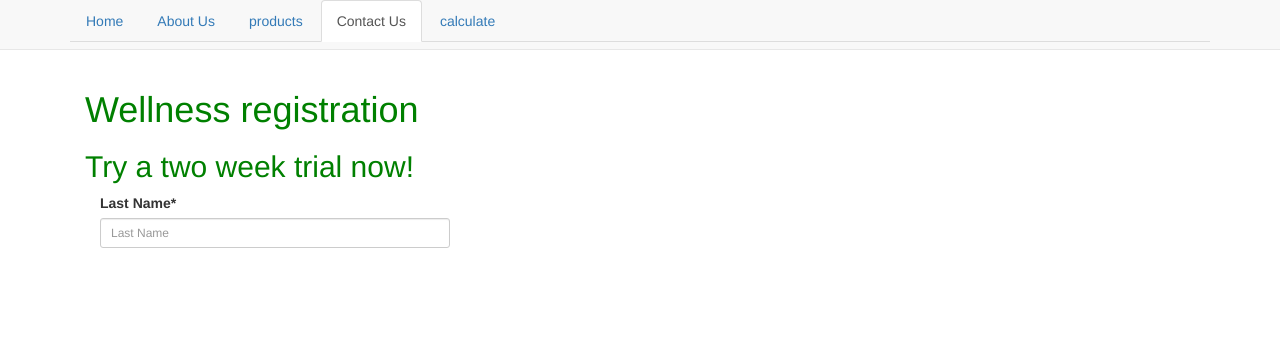
Repository: tonypaolucci/hibernate_lab
Page: http://localhost/wellnessClub/WEB-INF/views/signups.jsp
The author's editor kept a copy of each file at every save. The page is drawn from the files as they stood at one save, then again after the next save.
The browser window is 1280 px wide. The pictures show the whole page.
Some web libraries are served in a nearby version. The page is served by Tomcat 9. Nobody is signed in. Other server files are loaded and not shown. The template is opened directly, without the code that normally fills it, so the values that code supplies are empty.

Above is the page before, as saved 2017-03-08 23:23:13.
Console error (its wording comes from the project's code and is left out).

### wellnessClub/src/main/webapp/WEB-INF/views/signups.jsp
<%@ page language="java" contentType="text/html; charset=ISO-8859-1"
	pageEncoding="ISO-8859-1"%>

<%@ taglib prefix="c" uri="http://java.sun.com/jsp/jstl/core"%>
<!DOCTYPE html>
<html lang="en">
  <head>
    <meta charset="utf-8">
    <meta http-equiv="X-UA-Compatible" content="IE=edge">
    <meta name="viewport" content="width=device-width, initial-scale=1">
    <title>Title</title>
    <link rel="stylesheet" href="https://maxcdn.bootstrapcdn.com/bootstrap/3.3.7/css/bootstrap.min.css">
	<link rel="stylesheet" href="https://cdnjs.cloudflare.com/ajax/libs/font-awesome/4.6.3/css/font-awesome.min.css">

  </head>
  <body>
	<header>
		<nav class="navbar navbar-default navbar-static-top" role="navigation">
			<div class="navigation">
				<div class="container">
					<div class="navbar-header">
						<button type="button" class="navbar-toggle collapsed" data-toggle="collapse" data-target=".navbar-collapse.collapse">
							<span class="sr-only">Toggle navigation</span>
							<span class="icon-bar"></span>
							<span class="icon-bar"></span>
							<span class="icon-bar"></span>
						</button>
					</div>

					<div class="navbar-collapse collapse">
						<div class="menu">
							<ul class="nav nav-tabs" role="tablist">
								<li><a href="index">Home</a></li>
								<li><a href="about">About Us</a></li>
								<li ><a href="products">products</a></li>
								<li class="active"><a href="contact">Contact Us</a></li>
								<li ><a href="calculate">calculate</a></li>
								</ul>
						</div>
					</div>
				</div>
			</div>
		</nav>
	</header>

	<div class="container">
			<div class="container">
		     <h1 style="color: #008000">Wellness registration </h1>

			 <h2 style="color: #008000">Try a two week trial now! </h2>



	</div>
<form id="signupForm" method="post" action="signupMember">

	<div class="contact form">
		<div class="container">
			 <div class="col-md-4" >
                           <div class="form-group">
                              <label for="ln" id='eln' >Last Name*</label>
                              <input type=text id="lname" name="lname" class="form-control input-sm" placeholder="Last Name" >
                           </div>

                     </div>
		</div>
	</div>

</form>


  </body>
   <script src="https://maxcdn.bootstrapcdn.com/bootstrap/3.3.7/js/bootstrap.min.js"></script>
 	 <script src="https://ajax.googleapis.com/ajax/libs/jquery/3.1.1/jquery.min.js"></script>

</html>

After the next save:
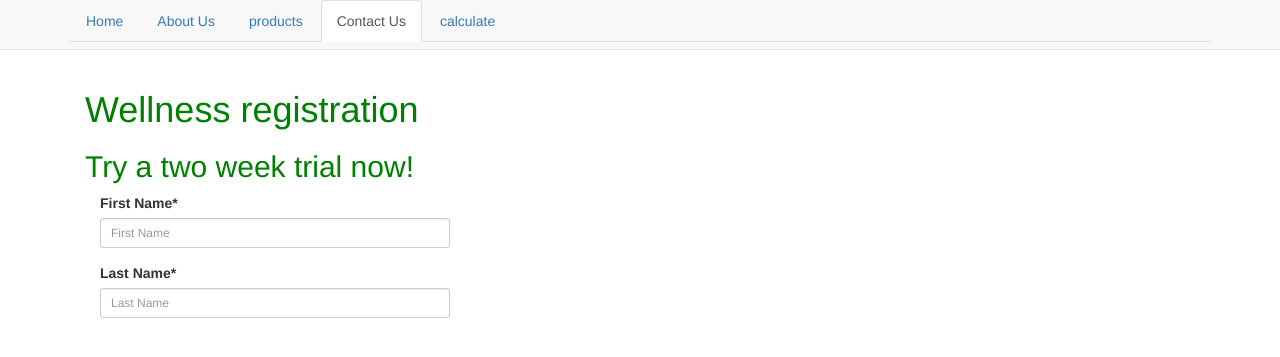
Saved 65 s later.
--- a/wellnessClub/src/main/webapp/WEB-INF/views/signups.jsp
+++ b/wellnessClub/src/main/webapp/WEB-INF/views/signups.jsp
@@ -57,6 +57,10 @@
 	<div class="contact form">
 		<div class="container">
 			 <div class="col-md-4" >
+			 	<div class="form-group">
+                              <label for="ln" id='eln' >First Name*</label>
+                              <input type=text id="fname" name="Fname" class="form-control input-sm" placeholder="First Name" >
+                           </div>
                            <div class="form-group">
                               <label for="ln" id='eln' >Last Name*</label>
                               <input type=text id="lname" name="lname" class="form-control input-sm" placeholder="Last Name" >
